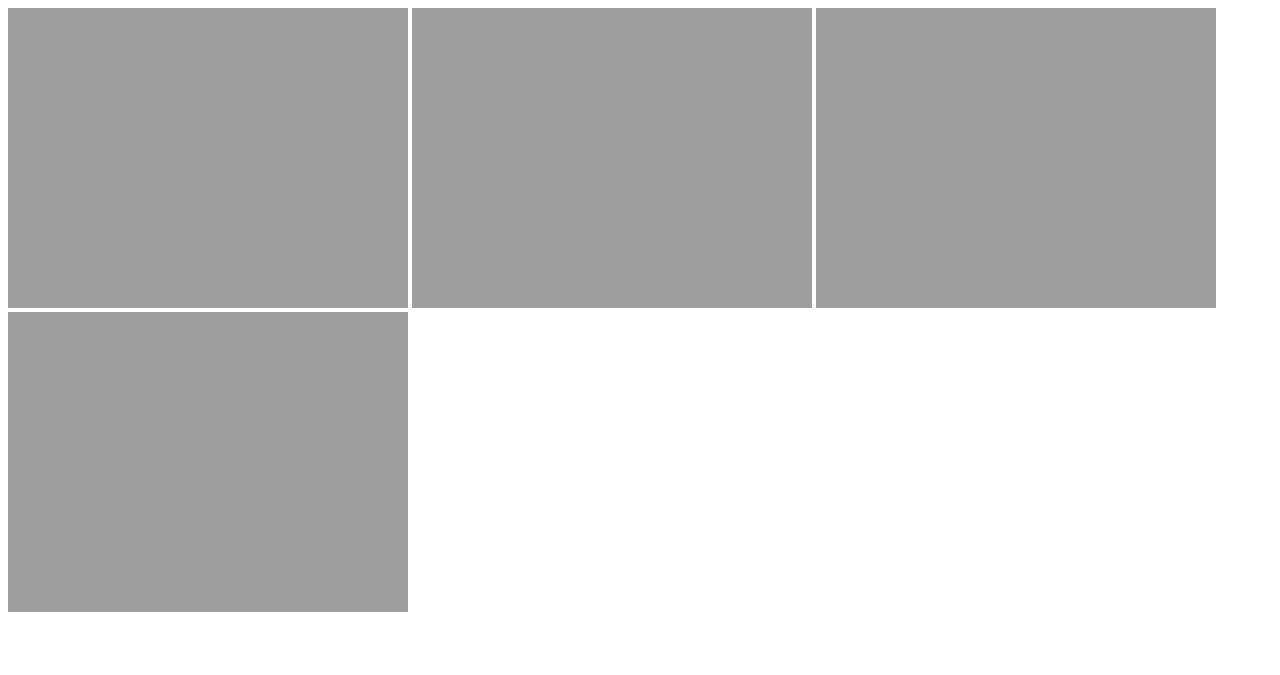
Repository: ruanhuabin/IntelliEyeShade
Page: http://localhost/IntelliEyeShade/users/users_trend_analysis_result.jsp
An editor plug-in stored every save of this project. The page is shown before and after the next save, followed by the edit.
The browser window is 1280 px wide. The pictures show the whole page.
The page is served by Tomcat 9. Nobody is signed in. The application's start-up code is not run.

Above is the page before, as saved 2016-12-22 08:53:18.

After the next save:
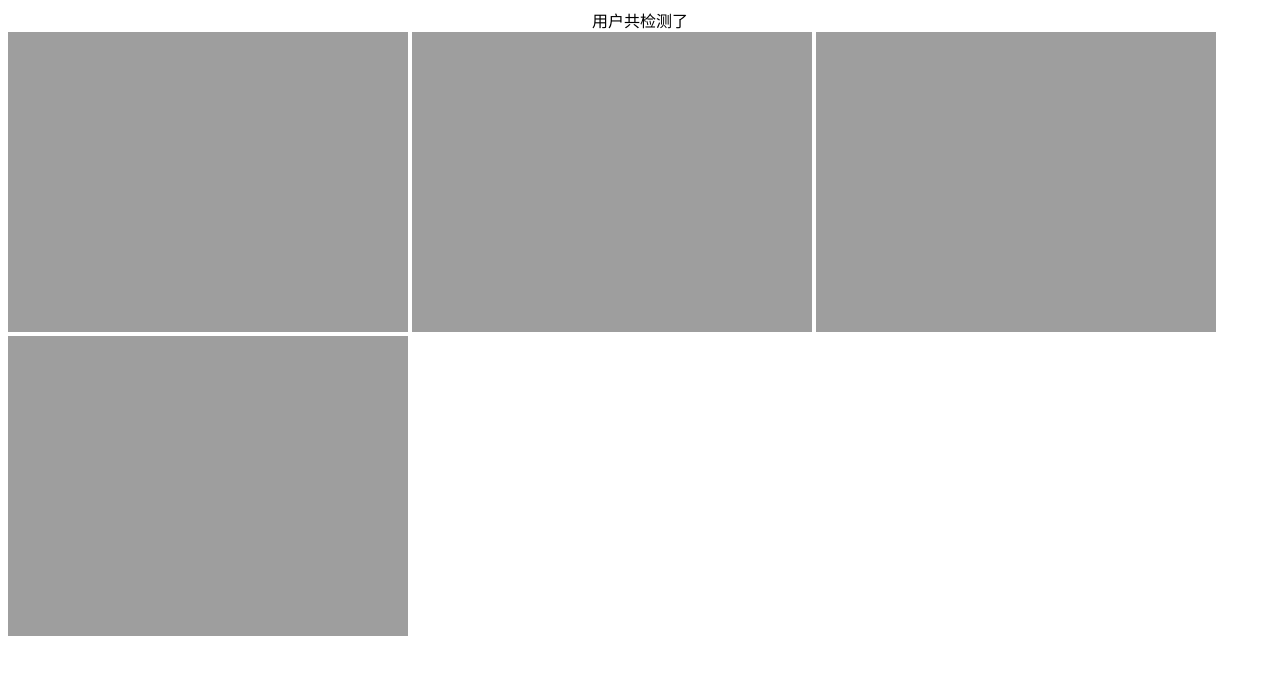
Saved 52 min 36 s later.
--- a/IntelliEyeShade/WebRoot/users/users_trend_analysis_result.jsp
+++ b/IntelliEyeShade/WebRoot/users/users_trend_analysis_result.jsp
@@ -9,6 +9,9 @@ String basePath = request.getScheme()+"://"+request.getServerName()+":"+request.
 
 <html>
 <body>
+<div align="center">
+用户共检测了
+</div>
 <img src="<%=basePath%>/ChartFiles/trend_fd.jpg"/>
 <img src="<%=basePath%>/ChartFiles/trend_rd.jpg"/>
 <img src="<%=basePath%>/ChartFiles/trend_hr.jpg"/>
